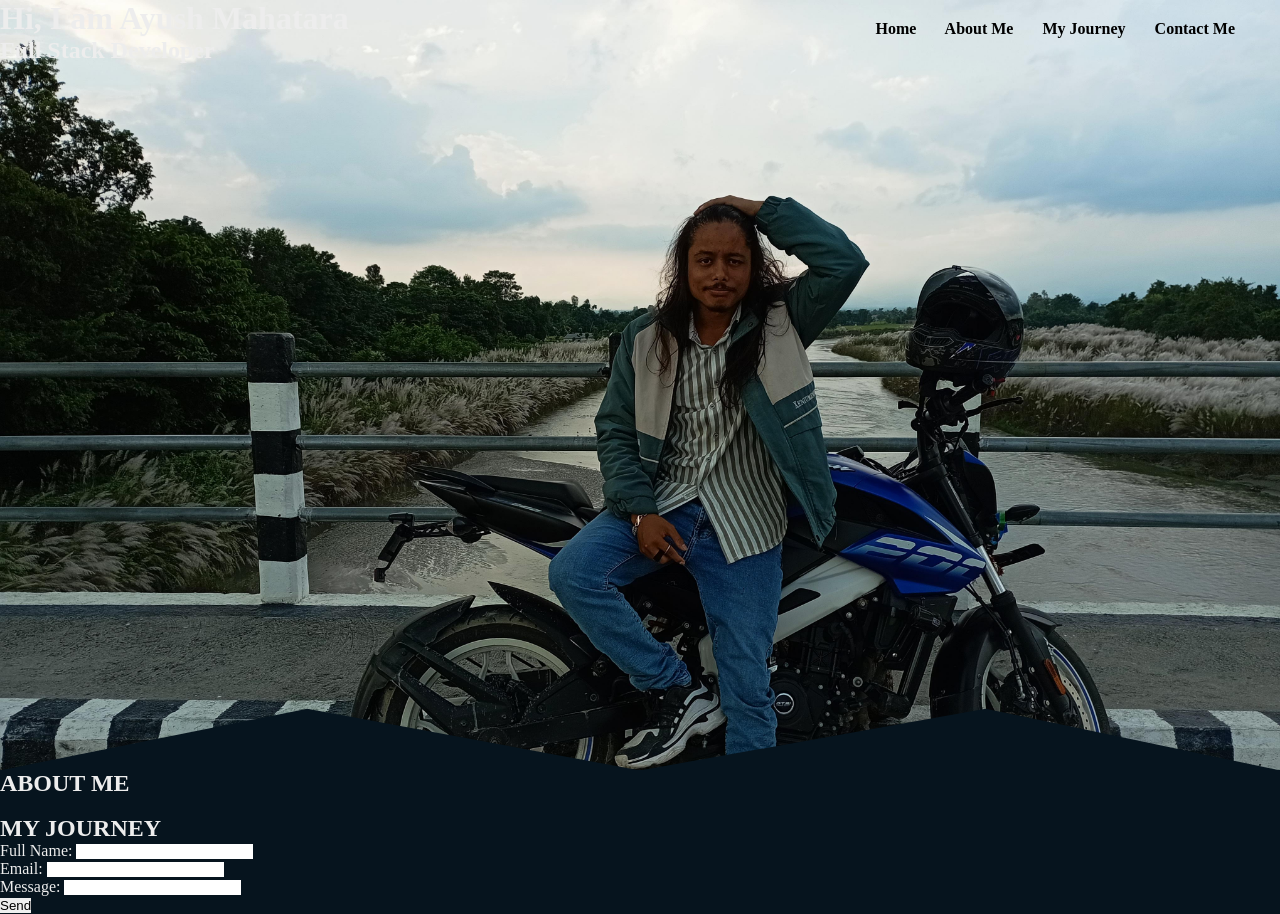
Repository: AyushMahatara/personal-website
Page: New folder/index.html
These files come from the project's save history. The page is drawn as it stood at one moment and after the next save; the edit follows.
The browser window is 1280 px wide. The pictures show the whole page.
Backgrounds fixed to the window are drawn as part of the page.

Above is the page before, as saved 2023-07-20 17:00:10.

After the next save:
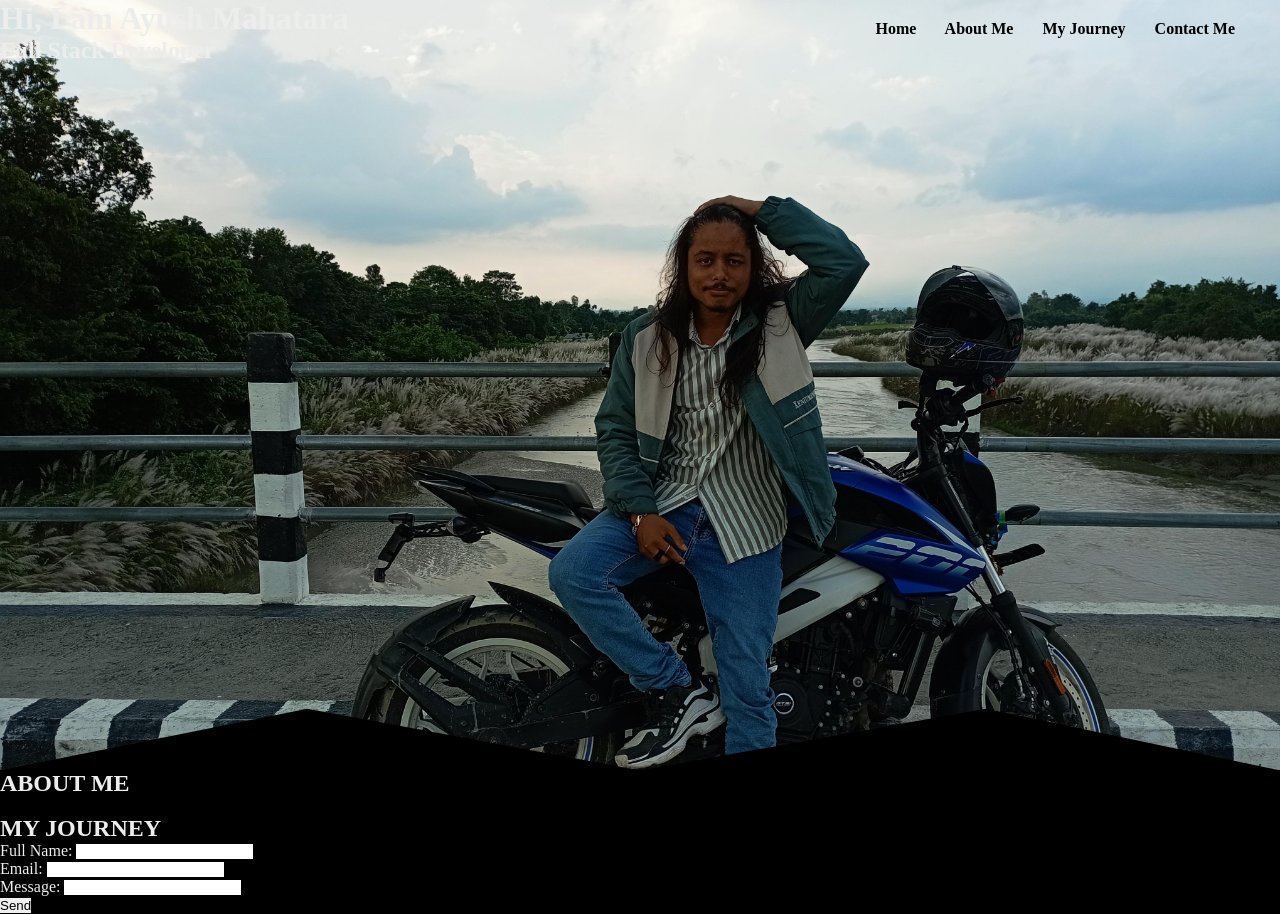
Saved 13 days later.
--- a/New folder/style.css
+++ b/New folder/style.css
@@ -8,7 +8,7 @@
 }
 
 :root {
-  --bg-color: #06141e;
+  --bg-color: #000000;
   --second-bg-color: #112e42;
   --text-color: #ededed;
   --main-color: #00abf0;
